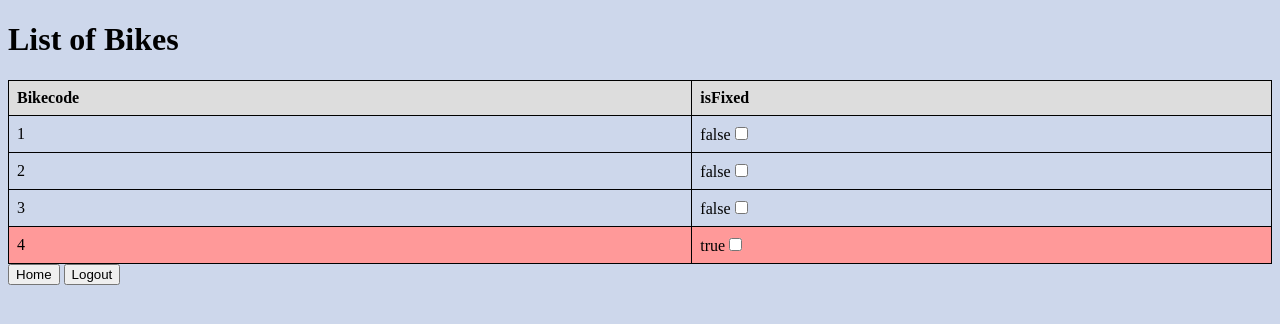
Repository: salveendutt/Bike-Reservation-App
Page: templates/bike_list.html
The author's editor kept a copy of each file at every save. The page is drawn from the files as they stood at one save, then again after the next save.
The browser window is 1280 px wide. The pictures show the whole page.

Above is the page before, as saved 2023-04-24 16:13:10.

### templates/bike_list.html
<!DOCTYPE html>
<html>
<head>
	<title>Bikes List</title>
    <style>
        body {
            background-color: rgb(205, 215, 235);
        }
        table {
            border-collapse: collapse;
            width: 100%;
        }
        th, td {
			padding: 8px;
			text-align: left;
			border: 1px solid black;
		}
		th {
			background-color: #dddddd;
		}
		.is-fixed {
			background-color: #ff9999;
		}
    </style>
</head>
<body>
	<h1>List of Bikes</h1>
    <table>
		<thead>
			<tr>
				<th>Bikecode</th>
				<th>isFixed</th>
			</tr>
		</thead>
		<tbody id="bikes-list"></tbody>
	</table>
	<button id="home-button">Home</button>
    <button id="logout-button">Logout</button>
	<script>
		const bikes = [
			{ Bikecode: 1, isFixed: false },
			{ Bikecode: 2, isFixed: false },
			{ Bikecode: 3, isFixed: false },
			{ Bikecode: 4, isFixed: true }
		];

		const bikesList = document.getElementById('bikes-list');

		bikes.forEach(bike => {
			const tr = document.createElement('tr');
			const bikecodeTd = document.createElement('td');
			bikecodeTd.textContent = bike.Bikecode;
			tr.appendChild(bikecodeTd);
			const isfixedTd = document.createElement('td');
			const isfixedCheckbox = document.createElement('input');
			isfixedCheckbox.type = 'checkbox';
			isfixedTd.textContent = bike.isFixed;
            isfixedCheckbox.addEventListener('change', () => {
                bike.isFixed = isfixedCheckbox.checked;
                if(bike.isFixed) {
                    tr.classList.add('is-fixed');
                }else {
                    tr.classList.remove('is-fixed');
                }
            });
            isfixedTd.appendChild(isfixedCheckbox);
			tr.appendChild(isfixedTd);
			if (bike.isFixed) {
				tr.classList.add('is-fixed');
			}
			bikesList.appendChild(tr);
		});

        const homeButton = document.getElementById('home-button');
		homeButton.addEventListener('click', () => {
			window.location.href = '/';
		});
	</script>
</body>
</html>

After the next save:
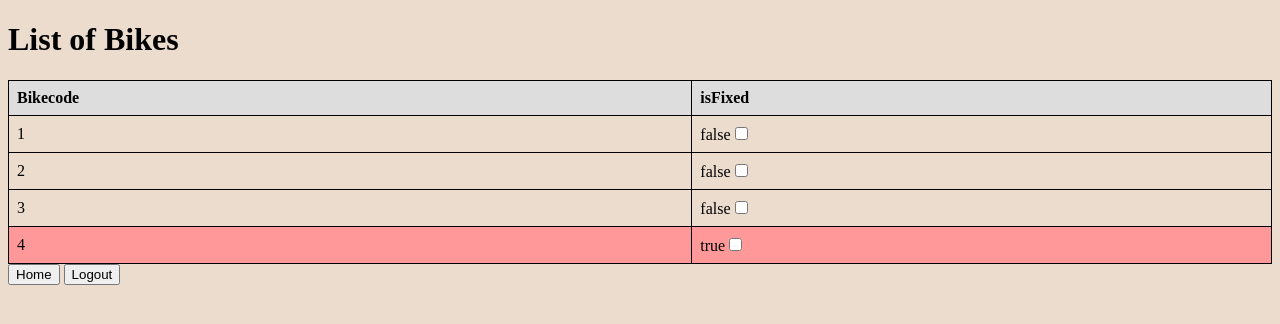
Saved 6 min 5 s later.
--- a/templates/bike_list.html
+++ b/templates/bike_list.html
@@ -4,7 +4,7 @@
 	<title>Bikes List</title>
     <style>
         body {
-            background-color: rgb(205, 215, 235);
+            background-color: rgb(235, 220, 205);
         }
         table {
             border-collapse: collapse;
